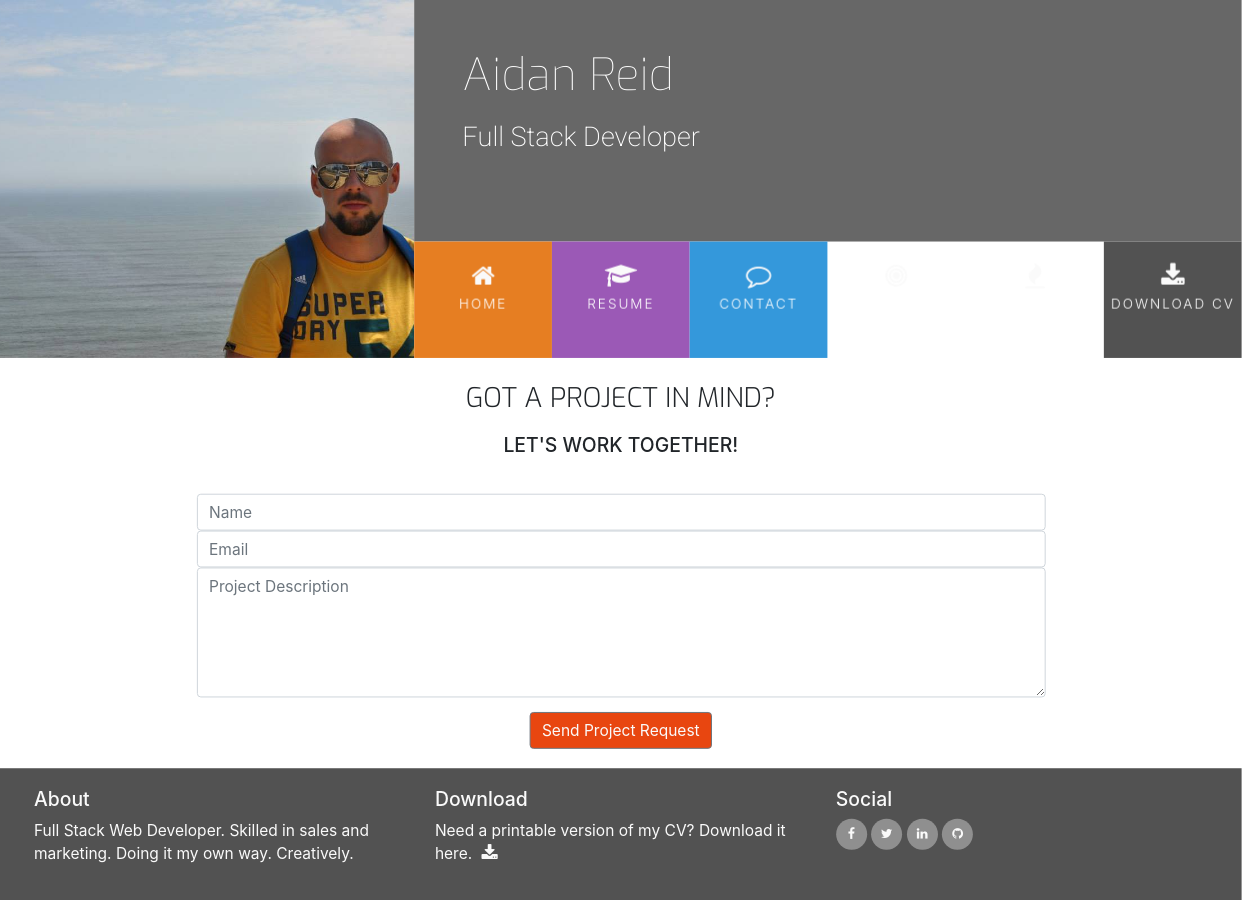
Repository: AidanJReid/Resume
Page: contact.html
The author's editor kept a record of every edit. The page is drawn from the files as they stood at one moment, then again after the next edit.
The browser window is 1280 px wide. The pictures show the whole page, at 97% of full size.

Above is the page before.

### contact.html
<!DOCTYPE html>
<html lang="en">

<head>
    <meta charset="UTF-8">
    <meta name="viewport" content="width=device-width, initial-scale=1.0">
    <meta http-equiv="X-UA-Compatible" content="ie=edge">
    <link rel="stylesheet" href="https://stackpath.bootstrapcdn.com/bootstrap/4.3.1/css/bootstrap.min.css" type="text/css" />
    <link rel="stylesheet" href="https://stackpath.bootstrapcdn.com/font-awesome/4.7.0/css/font-awesome.min.css" type="text/css" />
    <link rel="stylesheet" href="https://cdnjs.cloudflare.com/ajax/libs/hover.css/2.3.1/css/hover-min.css" type="text/css" />
    <link rel="stylesheet" href="assets/css/style.css" type="text/css" />
    <title>Aidan</title>
</head>

<body>
    <header>
        <div class="row no-gutters">
            <a href="index.html" class="col-md-4 logo">

            </a>
            <div class="col-md-8">
                <div class="row no-gutters bg-color-name-title">
                    <div class="col heading">
                        <h1 class="name">Aidan Reid</h1>
                        <h2 class="title">Full Stack Developer</h2>
                    </div>
                </div>
                <div class="row no-gutters">
                    <div class="col">
                        <ul id="nav" class="list-inline menucontainer">
                            <li class="col-6 col-sm-2 ui-menu-color-home list-inline-item menuitem">
                                <a href="index.html" class="hvr-sweep-to-bottom">
                                    <i class="fa fa-home" aria-hidden="true"></i>
                                    <span>Home</span>
                                </a>
                            </li>
                            <li class="col-6 col-sm-2 ui-menu-color-resume list-inline-item menuitem">
                                <a href="resume.html" class="hvr-sweep-to-bottom">
                                    <i class="fa fa-graduation-cap" aria-hidden="true"></i>
                                    <span>Resume</span>
                                </a>
                            </li>
                            <li class="col-6 col-sm-2 ui-menu-color-contact list-inline-item menuitem">
                                <a href="contact.html" class="hvr-sweep-to-bottom">
                                    <i class="fa fa-comment-o" aria-hidden="true"></i>
                                    <span>Contact</span>
                                </a>
                            </li>
                            <li class="col-6 col-sm-2 ui-menu-color-life list-inline-item menuitem">
                                <a href="life.html" class="hvr-sweep-to-bottom">
                                    <i class="fa fa-bullseye" aria-hidden="true"></i>
                                    <span>Life BC</span>
                                </a>
                            </li>
                            <li class="col-6 col-sm-2 ui-menu-color-interests list-inline-item menuitem">
                                <a href="interests.html" class="hvr-sweep-to-bottom">
                                    <i class="fa fa-fire" aria-hidden="true"></i>
                                    <span>Interests</span>
                                </a>
                            </li>
                            <li class="col-6 col-sm-2 ui-menu-color-download list-inline-item menuitem">
                                <a href="assets/CV/19AidReidCV.docx" target="_blank" class="hvr-sweep-to-bottom">
                                    <i class="fa fa-download" aria-hidden="true"></i>
                                    <span>Download CV</span>
                                </a>
                            </li>
                        </ul>
                    </div>
                </div>
            </div>
        </div>
    </header>
    <section class="container-fluid">
        <div class="row bg-color-contact">
            <div class="col">
                <h3 class="contact-heading uppercase text-center">Got a project in mind?</h3>
                <h5 class="uppercase text-center">Let's work together!</h5>

                <div class="center-form">
                    <form>
                        <input type="text" name="name" id="fullname" class="form-control" placeholder="Name" required />
                        <input type="email" name="email" id="emailaddress" class="form-control" placeholder="Email" required />
                        <textarea rows="5" name="projectsummary" id="projectsummary" class="form-control" placeholder="Project Description" required /></textarea>
                        <div class="form-row text-center">
                            <div class="col">
                                <button type="submit" class="btn btn-secondary">Send Project Request</button>
                            </div>
                        </div>
                    </form>
                </div>
            </div>
        </div>

    </section>
    <footer class="container-fluid">
        <div id="footer-details" class="row">
            <div class="col-sm-4">
                <h5 class="uppercase-general-sub">About</h5>
                <p class="inline-block">
                    Full Stack Web Developer. Skilled in sales and marketing. Doing it my own way. Creatively.
                </p>
            </div>
            <div class="col-sm-4">
                <h5 class="uppercase-general-sub">Download</h5>
                <p class="inline-block">
                    Need a printable version of my CV? Download it here.
                    <a href="assets/CV/19AidReidCV.docx" target="_blank" class="cv-pdf">
                        <i class="fa fa-download" aria-hidden="true"></i>
                        <span class="sr-only">Download link.</span>
                    </a>
                </p>
            </div>
            <div class="col-sm-4">
                <h5 class="uppercase-general-sub">Social</h5>
                <ul class="list-inline social-links">
                    <li class="list-inline-item">
                        <a href="https://www.facebook.com/aidanjreidauthor/" target="_blank">
                            <i class="fa fa-facebook" aria-hidden="true"></i>
                            <span class="sr-only">Facebook</span>
                        </a>
                    </li>
                    <li class="list-inline-item">
                        <a href="https://twitter.com/AidanJReid" target="_blank">
                            <i class="fa fa-twitter" aria-hidden="true"></i>
                            <span class="sr-only">Twitter</span>
                        </a>
                    </li>
                    <li class="list-inline-item">
                        <a href="https://www.linkedin.com/in/aidanreid/" target="_blank">
                            <i class="fa fa-linkedin" aria-hidden="true"></i>
                            <span class="sr-only">Linkedin</span>
                        </a>
                    </li>
                    <li class="list-inline-item">
                        <a href="https://github.com/AidanJReid" target="_blank">
                            <i class="fa fa-github" aria-hidden="true"></i>
                            <span class="sr-only">Github</span>
                        </a>
                    </li>
                </ul>
            </div>
        </div>

    </footer>

</body>

</html>

### assets/css/style.css
@import url('https://fonts.googleapis.com/css?family=Roboto:100,200,300,400,500,600,700|Exo:100,200,300,400,500,600,700');

/* -----------------------------------Colours */

.bg-color-name-title {
    background-color: #676767;
}

.bg-color-three-reasons {
    background-color: #fff;
}

.bg-color-personal-info {
    background-color: #f4f4f4;
}

.bg-color-work-history {
    background-color: #9b59b6;
}

.bg-color-contact {
    background-color: #fff;
}

.ui-menu-color-home {
    background-color: #e67e22;
}

.ui-menu-color-resume {
    background-color: #9b59b6;
}

.ui-menu-color-contact {
    background-color: #3498db;
}

.ui-menu-color-download {
    background-color: #525252;
}



/* -----------------------------------Special paddings/margins/text */

h1,
h2,
h3,
h4 {
    margin: 0;
}

.uppercase {
    text-transform: uppercase;
}

.general-sub {
    font-family: "Exo", sans-serif;
    font-weight: 300;
    color: #fafafa;
}

.inline-block {
    display: inline-block;
}

.row-table {
    display: table;
}

.section-column {
    display: table-cell;
    padding: 0 30px 30px;
    float: none;
}

.history-heading,
.section-heading {
    font-family: "Exo", sans-serif;
    font-weight: 300;
    margin-top: 25px;
    margin-bottom: 40px;
}

/* -----------------------------------Heading */

header {
    margin: 0;
}

.heading {
    margin-left: 50px;
}

.logo {
    background: url("../images/AJ.jpg");
    background-position: center;
    background-repeat: no-repeat;
    background-size: cover;
    min-height: 360px;
    transition: all .5s ease-in-out;
    -moz-transition: all .5s ease-in-out;
    -webkit-transition: all .5s ease-in-out;
}

.name {
    font-family: "Exo", sans-serif;
    font-weight: 100;
    font-size: 46px;
    margin-top: 50px;
    color: #fff;
}

.title {
    font-family: "Roboto", sans-serif;
    font-weight: 200;
    font-size: 28px;
    margin-top: 20px;
    margin-bottom: 90px;
    color: #fff;
}



.list-inline-item:not(:last-child) {
    margin: 0;
}

.menucontainer {
    font-size: 0;
}

#nav {
    margin: 0;
}

#nav li {
    font-size: 14px;
    padding: 0;
}

.menuitem {
    height: 120px;
    text-align: center;
    padding: 0;
}

.menuitem a {
    width: 100%;
    text-decoration: none;
    color: #fff;
    height: 120px;
}

.menuitem a i {
    padding-top: 22px;
    display: block;
    color: #fafafa;
    font-size: 26px;
}

.menuitem span {
    display: block;
    width: 100%;
    padding-top: 5px;
    text-align: center;
    text-transform: uppercase;
    font-size: 14px;
    font-weight: 300;
    letter-spacing: 2px;
}

/* -----------------------------------Hover.css */

.hvr-sweep-to-bottom:before {
    background: rgba(0, 0, 0, 0.2);
    height: 120px;
}

/* -----------------------------------Footer */

footer {
    background-color: #525252;
    color: #fafafa;
    min-height: 120px;
    margin: 0;
}

.cv-pdf i {
    font-size: 18px;
    color: #fafafa;
    text-align: center;
    padding-left: 5px;
    transition: all 0.35s ease-in-out;
    -moz-transition: all 0.35s ease-in-out;
    -webkit-transition: all 0.35s ease-in-out;
    -o-transition: all 0.35s ease-in-out;
}

.cv-pdf i:hover {
    color: #e84610;
}

.social-links {
    padding-bottom: 15px;
}

.social-links li a i {
    width: 32px;
    height: 32px;
    padding: 12px 0;
    border-radius: 50%;
    font-size: 13px;
    line-height: 7px;
    text-align: center;
    color: #fafafa;
    background: #8f8f8f;
    transition: all 0.35s ease-in-out;
    -moz-transition: all 0.35s ease-in-out;
    -webkit-transition: all 0.35s ease-in-out;
    -o-transition: all 0.35s ease-in-out;
}

.social-links li a i:hover {
    background: #e84610;
}

#footer-details {
    padding: 20px;
}

/* -----------------------------------3 reasons */

.three-reasons-icon {
    font-size: 26px;
    color: #e67e22;
}

.three-reasons-heading {
    margin-bottom: 15px;
}

/* -----------------------------------Personal Info */

.personal-info-item {
    margin-bottom: 20px;
    display: block;
    clear: both;
}

.personal-info-item .key,
.personal-info-item .value {
    padding-right: 8px;
    display: inline-block;
}

.personal-info-item .key p,
.personal-info-item .value p {
    margin: 0;
}

.personal-info-item .key {
    width: 30%;
    margin-right: 21px;
    padding-top: 2px;
    vertical-align: top;
}

.personal-info-item .key p {
    font-weight: 700;
}

.personal-info-item .value {
    position: relative;
    width: 60%;
}

/* -----------------------------------Skills */

.progress {
    position: relative;
    height: 25px;
    margin-bottom: 4px;
}

.progress-type {
    position: absolute;
    left: 0px;
    font-weight: 400;
    padding: 3px 30px 2px 10px;
    color: #fafafa;
    background-color: rgba(25, 25, 25, 0.2);
}

.progress-section {
    margin: 40px 20px;
}

/* -----------------------------------Work History */

.history-heading {
    color: #fafafa;
    margin-bottom: 50px;
}

.timeline-item {
    padding: 4em 2em 0em 2em;
    position: relative;
    color: #fafafa;
    border-left: 1px solid;
}

.timeline-item p {
    padding: 0;
    margin: 0;
}

.timeline-item:before {
    content: attr(data-dates);
    position: absolute;
    left: 2.5em;
    top: 3em;
    display: block;
    font-family: "Exo", sans-serif;
    font-weight: 500;
    font-size: 0.8em;
    padding: 0;
    margin: 0;
}

.timeline-item:after {
    width: 12px;
    height: 12px;
    display: block;
    top: 2.4em;
    position: absolute;
    left: -6px;
    border-radius: 12px;
    content: '';
    background: #fafafa;
}

.history-items {
    margin-bottom: 30px;
}

/* -----------------------------------Contact Form */

.contact-heading {
    font-family: "Exo", sans-serif;
    font-weight: 300;
    margin-top: 25px;
    margin-bottom: 20px;
}

.center-form {
    padding-top: 10px;
    margin: 0 auto;
    max-width: 70%;
}

button[type="submit"] {
    margin-top: 15px;
    margin-bottom: 20px;
    color: #fafafa;
    background-color: #e84610;
}

/* -----------------------------------Media Queries */

@media(min-width: 992px) {
    .center-form {
        padding-top: 30px;
        min-height: 240px;
        margin: 0 auto;
        max-width: 70%;
    }
}

After the next edit:
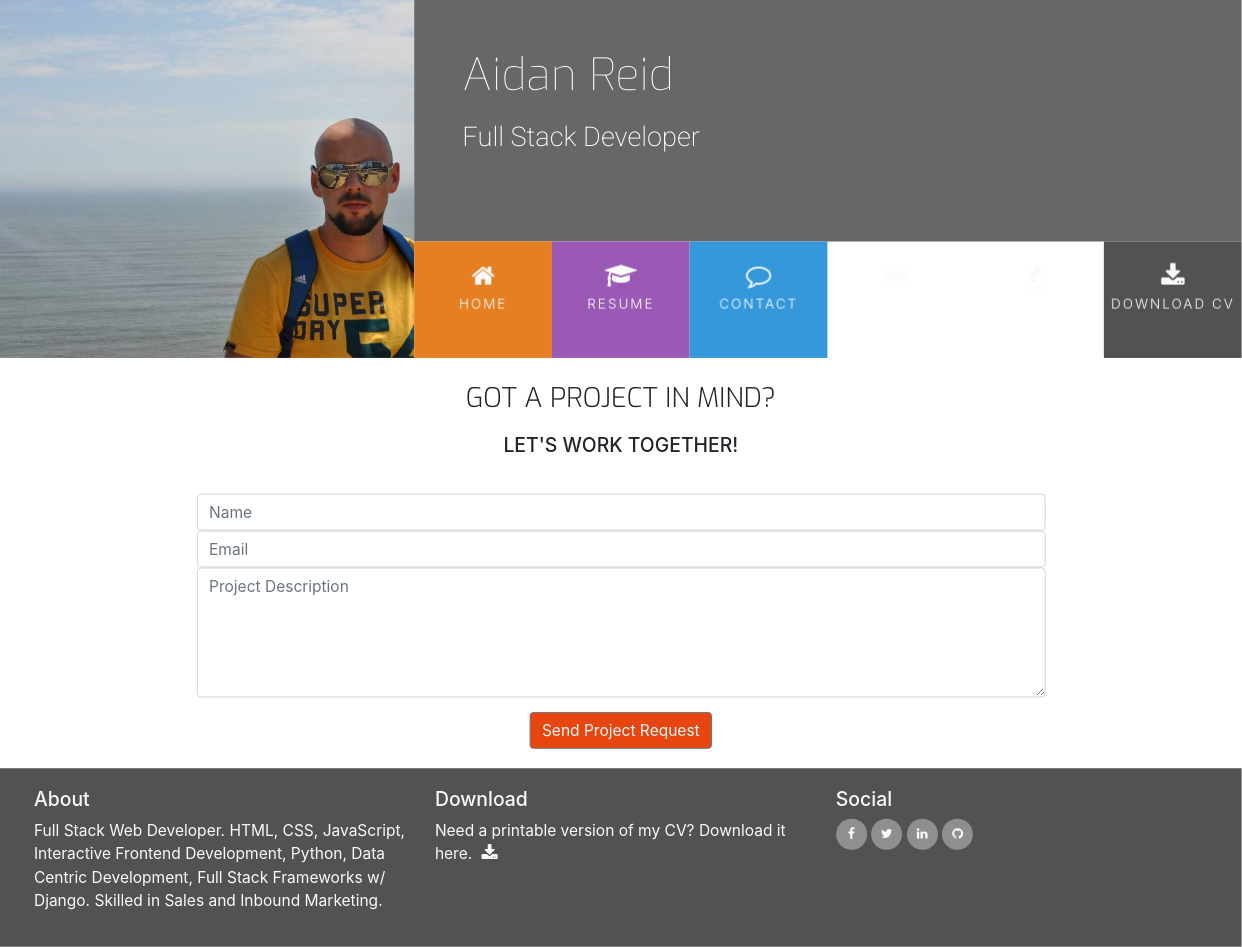
The edit:
--- a/contact.html
+++ b/contact.html
@@ -97,7 +97,7 @@
             <div class="col-sm-4">
                 <h5 class="uppercase-general-sub">About</h5>
                 <p class="inline-block">
-                    Full Stack Web Developer. Skilled in sales and marketing. Doing it my own way. Creatively.
+                    Full Stack Web Developer. HTML, CSS, JavaScript, Interactive Frontend Development, Python, Data Centric Development, Full Stack Frameworks w/ Django. Skilled in Sales and Inbound Marketing.
                 </p>
             </div>
             <div class="col-sm-4">
